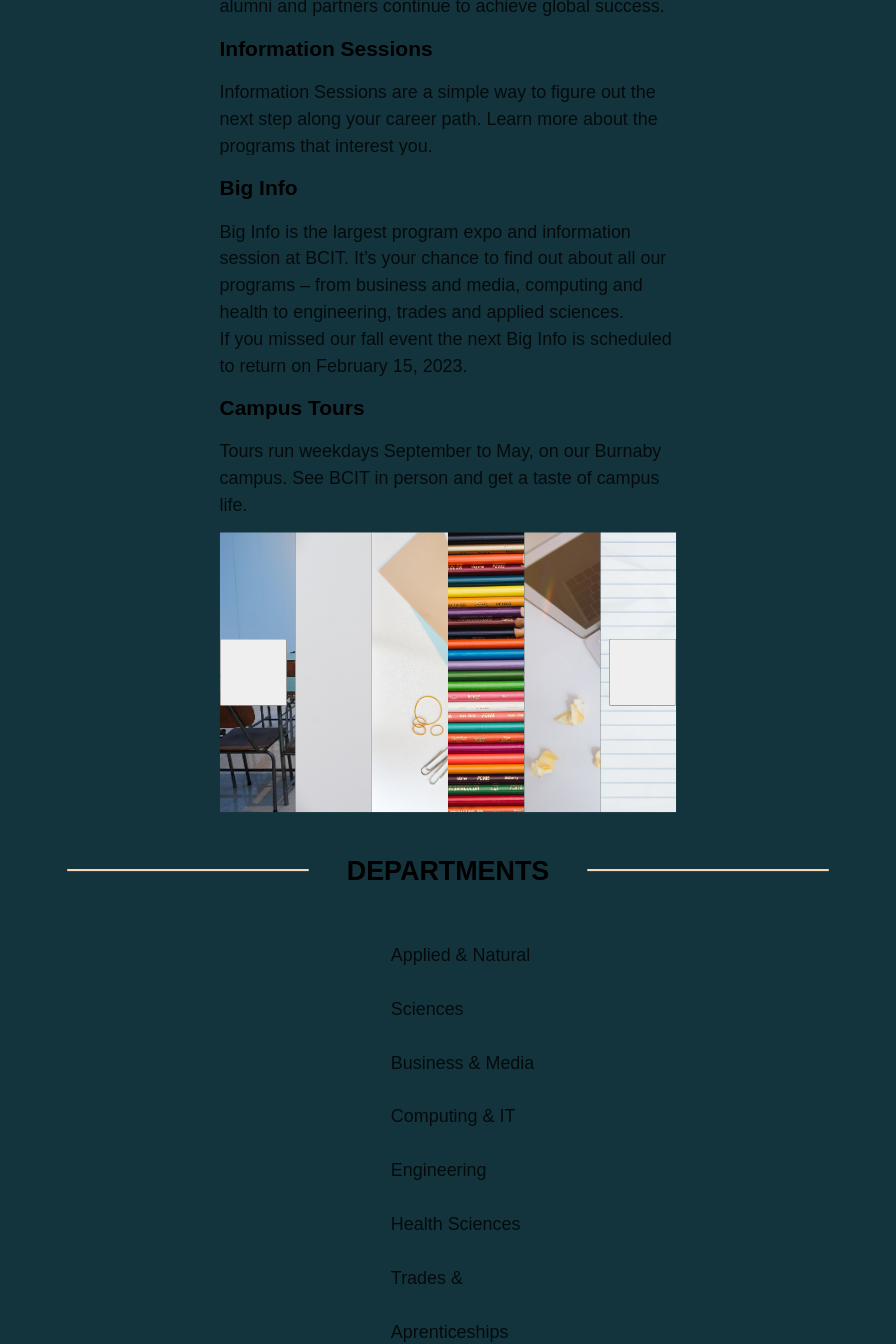
Repository: Kinakopan/playwright_bcit
Page: /about
These files come from the project's save history. The page is drawn as it stood at one moment and after the next save; the edit follows.
The browser window is 1280 px wide. The pictures show the part of the page from y = 688 to 2608 px (the page is 2725 px tall), at 70% of full size.
Some web fonts or font styles are not loaded; a fallback is used. The project was rebuilt for these pictures with package versions that can differ from the ones it lists, and the page was loaded fresh each time. The framework's server and built-in components were replaced by stand-ins that run in the browser. Also part of the build but not shown: next.config.js.

Above is the page before, as saved 2023-01-28 13:02:44.

### pages/_app.js
// import '@/styles/globals.css'
import '../styles/globals.css'
import '../styles/variables.css'
import Head from 'next/head'

export default function App({ Component, pageProps }) {
  return (
    <>
      <Head>
        <title>Example #1</title>
        <meta name="description" content="Generated by create next app" />
        <meta name="viewport" content="width=device-width, initial-scale=1" />
        <link href="https://fonts.googleapis.com/css2?family=Myriad+Pro:wght@100;400;700&display=swap" rel="stylesheet" />
        <link rel="icon" href="/favicon.ico" />
      </Head>
      <Component {...pageProps} />
    </>
  )
}

### styles/variables.css
:root {
  --primary-color: |#fff;
  --secondary-color: #F4D6B9;
  --ternary-color: #7796A4;
  --quaternary-color: #14343D;
  --quinary-color: rgba(16,46,53,0.5);
}

### styles/Home.module.css
@import '/styles/variables.css';

.main {
  display: flex;
  flex-direction: column;
  justify-content: space-between;
  align-items: center;
  padding: 6rem;
  min-height: 100vh;
}

.description {
  display: inherit;
  justify-content: inherit;
  align-items: inherit;
  font-size: 0.85rem;
  max-width: var(--max-width);
  width: 100%;
  z-index: 2;
  font-family: var(--font-mono);
}

.description a {
  display: flex;
  justify-content: center;
  align-items: center;
  gap: 0.5rem;
}

.description p {
  position: relative;
  margin: 0;
  padding: 1rem;
  background-color: rgba(var(--callout-rgb), 0.5);
  border: 1px solid rgba(var(--callout-border-rgb), 0.3);
  border-radius: var(--border-radius);
}

.code {
  font-weight: 700;
  font-family: var(--font-mono);
}

.grid {
  display: grid;
  grid-template-columns: repeat(4, minmax(25%, auto));
  width: var(--max-width);
  max-width: 100%;
}

.card {
  padding: 1rem 1.2rem;
  border-radius: var(--border-radius);
  background: rgba(var(--card-rgb), 0);
  border: 1px solid rgba(var(--card-border-rgb), 0);
  transition: background 200ms, border 200ms;
}

.card span {
  display: inline-block;
  transition: transform 200ms;
}

.card h2 {
  font-weight: 600;
  margin-bottom: 0.7rem;
}

.card p {
  margin: 0;
  opacity: 0.6;
  font-size: 0.9rem;
  line-height: 1.5;
  max-width: 30ch;
}

.center {
  display: flex;
  justify-content: center;
  align-items: center;
  position: relative;
  padding: 4rem 0;
}

.center::before {
  background: var(--secondary-glow);
  border-radius: 50%;
  width: 480px;
  height: 360px;
  margin-left: -400px;
}

.center::after {
  background: var(--primary-glow);
  width: 240px;
  height: 180px;
  z-index: -1;
}

.center::before,
.center::after {
  content: '';
  left: 50%;
  position: absolute;
  filter: blur(45px);
  transform: translateZ(0);
}

.logo,
.thirteen {
  position: relative;
}

.thirteen {
  display: flex;
  justify-content: center;
  align-items: center;
  width: 75px;
  height: 75px;
  padding: 25px 10px;
  margin-left: 16px;
  transform: translateZ(0);
  border-radius: var(--border-radius);
  overflow: hidden;
  box-shadow: 0px 2px 8px -1px #0000001a;
}

.thirteen::before,
.thirteen::after {
  content: '';
  position: absolute;
  z-index: -1;
}

/* Conic Gradient Animation */
.thirteen::before {
  animation: 6s rotate linear infinite;
  width: 200%;
  height: 200%;
  background: var(--tile-border);
}

/* Inner Square */
.thirteen::after {
  inset: 0;
  padding: 1px;
  border-radius: var(--border-radius);
  background: linear-gradient(
    to bottom right,
    rgba(var(--tile-start-rgb), 1),
    rgba(var(--tile-end-rgb), 1)
  );
  background-clip: content-box;
}

/* Enable hover only on non-touch devices */
@media (hover: hover) and (pointer: fine) {
  .card:hover {
    background: rgba(var(--card-rgb), 0.1);
    border: 1px solid rgba(var(--card-border-rgb), 0.15);
  }

  .card:hover span {
    transform: translateX(4px);
  }
}

@media (prefers-reduced-motion) {
  .thirteen::before {
    animation: none;
  }

  .card:hover span {
    transform: none;
  }
}

/* Mobile */
@media (max-width: 700px) {
  .content {
    padding: 4rem;
  }

  .grid {
    grid-template-columns: 1fr;
    margin-bottom: 120px;
    max-width: 320px;
    text-align: center;
  }

  .card {
    padding: 1rem 2.5rem;
  }

  .card h2 {
    margin-bottom: 0.5rem;
  }

  .center {
    padding: 8rem 0 6rem;
  }

  .center::before {
    transform: none;
    height: 300px;
  }

  .description {
    font-size: 0.8rem;
  }

  .description a {
    padding: 1rem;
  }

  .description p,
  .description div {
    display: flex;
    justify-content: center;
    position: fixed;
    width: 100%;
  }

  .description p {
    align-items: center;
    inset: 0 0 auto;
    padding: 2rem 1rem 1.4rem;
    border-radius: 0;
    border: none;
    border-bottom: 1px solid rgba(var(--callout-border-rgb), 0.25);
    background: linear-gradient(
      to bottom,
      rgba(var(--background-start-rgb), 1),
      rgba(var(--callout-rgb), 0.5)
    );
    background-clip: padding-box;
    backdrop-filter: blur(24px);
  }

  .description div {
    align-items: flex-end;
    pointer-events: none;
    inset: auto 0 0;
    padding: 2rem;
    height: 200px;
    background: linear-gradient(
      to bottom,
      transparent 0%,
      rgb(var(--background-end-rgb)) 40%
    );
    z-index: 1;
  }
}

/* Tablet and Smaller Desktop */
@media (min-width: 701px) and (max-width: 1120px) {
  .grid {
    grid-template-columns: repeat(2, 50%);
  }
}

@media (prefers-color-scheme: dark) {
  .vercelLogo {
    filter: invert(1);
  }

  .logo,
  .thirteen img {
    filter: invert(1) drop-shadow(0 0 0.3rem #ffffff70);
  }
}

@keyframes rotate {
  from {
    transform: rotate(360deg);
  }
  to {
    transform: rotate(0deg);
  }
}



/*****************************
******************************
            AUTHOR
******************************
*****************************/

/*============================
    From here - Common Style
============================*/
/* From here - components/navbar.js */
.nav {
  display: flex;
  flex-direction: row;
  justify-content: space-between;
  width: 100%;
  padding: 3% 8% 0 8%;
}

.burgar,
.hat {
  width: fit-content;
}

/* From here - components/arrow.js */
.arrowBox {
  flex: 1;
  display: flex;
  flex-direction: column;
  justify-content: space-between;
  align-items: flex-end;
  position: fixed;
  width: fit-content;
  height: 12%;
  right: 8%;
  bottom: 10%;
}

.arrowBox * {
  background: transparent;
  border: none;
}

/* From here - general */
.body_home,
.body_about,
.body_contact,
.wrapper {
  display: flex;
  flex-direction: column;
  width: 100vw;
}

.body_home,
.body_about,
.body_contact {
  /* font-size: 62.5%; */
  background-size: cover;
  background-position: center;
  background-repeat: no-repeat;
  line-height: 1.5;
  font-family: 'Myriad Pro', sans-serif;
  font-weight: 100;
  text-align: left;
}

.wrapper {
  font-size: 1.6rem;
  background-size: cover;
}

.main {
  display: flex;
  width: 100%;
}

/* .text_heading_h1 {

}

.text_heading_h2 {

} */
/*============================
    From here - Home Page
============================*/
.body_home {
  height: 100vh;
  overflow: hidden;
}

.body_home .main {
  flex-direction: row;
  justify-content: flex-start;
  align-items: flex-end;
  padding: 0 0 12% 21%;
}

.body_home .cont_main {
  display: flex;
  flex-direction: column;
  width: 48%;
}

.body_home .cont_main * {
  color: var(--primary-color);
}

.body_home .text_heading1 {
  font-family: 'Myriad Pro', sans-serif;
  /* font-size: 3.6rem; */
  font-size: 220%;
  line-height: 1.3;
  padding-bottom: 3%;
  margin-bottom: 3%;
  border-bottom: 4px solid;
  border-image: linear-gradient(to right, rgba(244,214,185,1) 0%, rgba(244,214,185,1) 69%, rgba(244,214,185,0) 69%, rgba(244,214,185,0) 100%) 1;
}

.body_home .text_body,
.body_home .box_btn * {
  opacity: .9;
}

.body_home .box_btn {
  display: flex;
  flex-direction: row;
}

.body_home .box_btn * {
  font-size: 1.4rem;
  background: transparent;
  padding: .3% 3%;
  border: 3px solid;
  border-color: var(--primary-color);
  border-radius: 10px;
  margin: 3% 2.5% 0 0;
}

.body_home .btn_about:hover {
  color: transparent;
  background: white;
}

/*============================
    From here - About Page
============================*/
.body_about {
  background: var(--quaternary-color);
}

/* .body_about .main {

} */

.body_about .text_heading1 {
  display: flex;
  align-items: center;
  width: 100%;
  padding: 5% 0;
}

.body_about .text_heading1:before,
.body_about .text_heading1:after {
  content: "";
  height: 3px;
  flex-grow: 1;
  background: var(--secondary-color);
}

.body_about .text_heading1:before {
  margin-right: 5%;
}

.body_about .text_heading1:after {
  margin-left: 5%;
}

.body_about .cont_section1,
.body_about .cont_section2 {
  display: flex;
  flex-direction: column;
  justify-content: flex-start;
  width: 60%;
}
.body_about .cont_section2 {
  width: 25%;
  padding-left: 5%;
}

.body_about .text_heading2,
.body_about .text_body {
  margin-bottom: 3%;
}

.body_about .text_heading2 {
  justify-content: flex-start;
}

.body_about .text_body,
.body_about .box_list *  {
  opacity: .8;
}

.body_about .box_list * {
  list-style: none;
  line-height: 3;
}

/* Carousel */
.image_carousel {
  display: flex;
  flex-wrap: nowrap;
  justify-content: flex-start;
  width: 100%;
  height: 400px;
  overflow: hidden;
  position: relative;
}

.image_carousel .slide {
  display: none;
  min-width: 100%;
}

.image_carousel .active {
  display: flex;
  flex-shrink: 0;
  width: 100%;
  height: 100%;
  background-size: cover;
  background-position: center;
  /* transition: transform 0.5s ease-in-out; */
}

/* "Previous" and "Next" buttons */
.prevBtn, .nextBtn {
  position: absolute;
  top: 50%;
  transform: translateY(-50%);
  font-size: 2rem;
  cursor: pointer;
  width: 6rem;
  height: 6rem;
}

.prevBtn {
  left: 0;
}

.nextBtn {
  right: 0;
}


/* Carousel */
/* @keyframes tonext {
  75% {
    left: 0;
  }
  95% {
    left: 100%;
  }
  98% {
    left: 100%;
  }
  99% {
    left: 0;
  }
}

@keyframes tostart {
  75% {
    left: 0;
  }
  95% {
    left: -300%;
  }
  98% {
    left: -300%;
  }
  99% {
    left: 0;
  }
}

@keyframes snap {
  96% {
    scroll-snap-align: center;
  }
  97% {
    scroll-snap-align: none;
  }
  99% {
    scroll-snap-align: none;
  }
  100% {
    scroll-snap-align: center;
  }
}

.main {
  max-width: 37.5rem;
  margin: 0 auto;
  padding: 0 1.25rem;
  font-family: 'Lato', sans-serif;
}

.main * {
  box-sizing: border-box;
  scrollbar-color: transparent transparent;
  scrollbar-width: 0px;
}

.main *::-webkit-scrollbar {
  width: 0;
}

.main *::-webkit-scrollbar-track {
  background: transparent;
}

.main *::-webkit-scrollbar-thumb {
  background: transparent;
  border: none;
}

.main * {
  -ms-overflow-style: none;
}


.carousel__viewport,
.carousel__navigation_list,
.carousel__slide,
.carousel__navigation_item {
  list-style: none;
  margin: 0;
  padding: 0;
}

.carousel {
  position: relative;
  padding-top: 75%;
  filter: drop-shadow(0 0 10px #0003);
  perspective: 100px;
}

.carousel__viewport {
  position: absolute;
  top: 0;
  right: 0;
  bottom: 0;
  left: 0;
  display: flex;
  overflow-x: scroll;
  counter-reset: item;
  scroll-behavior: smooth;
  scroll-snap-type: x mandatory;
}

.carousel__slide {
  position: relative;
  flex: 0 0 100%;
  width: 100%;
  background-color: #f99;
  counter-increment: item;
}

.carousel__slide:nth-child(even) {
  background-color: #99f;
}

.carousel__slide:before {
  content: counter(item);
  position: absolute;
  top: 50%;
  left: 50%;
  transform: translate3d(-50%,-40%,70px);
  color: #fff;
  font-size: 2em;
}

.carousel__snapper {
  position: absolute;
  top: 0;
  left: 0;
  width: 100%;
  height: 100%;
  scroll-snap-align: center;
}

@media (hover: hover) {
  .carousel__snapper {
    animation-name: tonext, snap;
    animation-timing-function: ease;
    animation-duration: 4s;
    animation-iteration-count: infinite;
  }

  .carousel__slide:last-child .carousel__snapper {
    animation-name: tostart, snap;
  }
}

@media (prefers-reduced-motion: reduce) {
  .carousel__snapper {
    animation-name: none;
  }
}

.carousel:hover .carousel__snapper,
.carousel:focus-within .carousel__snapper {
  animation-name: none;
}

.carousel__navigation {
  position: absolute;
  right: 0;
  bottom: 0;
  left: 0;
  text-align: center;
}

.carousel__navigation_list,
.carousel__navigation_item {
  display: inline-block;
}

.carousel__navigation-button {
  display: inline-block;
  width: 1.5rem;
  height: 1.5rem;
  background-color: #333;
  background-clip: content-box;
  border: 0.25rem solid transparent;
  border-radius: 50%;
  font-size: 0;
  transition: transform 0.1s;
}

.carousel::before,
.carousel::after,
.carousel__prev,
.carousel__next {
  position: absolute;
  top: 0;
  margin-top: 37.5%;
  width: 4rem;
  height: 4rem;
  transform: translateY(-50%);
  border-radius: 50%;
  font-size: 0;
  outline: 0;
}

.carousel::before,
.carousel__prev {
  left: -1rem;
}

.carousel::after,
.carousel__next {
  right: -1rem;
}

.carousel::before,
.carousel::after {
  content: '';
  z-index: 1;
  background-color: #333;
  background-size: 1.5rem 1.5rem;
  background-repeat: no-repeat;
  background-position: center center;
  color: #fff;
  font-size: 2.5rem;
  line-height: 4rem;
  text-align: center;
  pointer-events: none;
}

.carousel::before {
  background-image: url("data:[embedded picture, 149 characters]");
}

.carousel::after {
  background-image: url("data:[embedded picture, 151 characters]");
} */


/*============================
    From here - Contact Page
============================*/

### components/arrow.js
import Image from 'next/image';
import styles from '@/styles/Home.module.css';

export default function Arrow() {
  return (
    <div className={styles.arrowBox}>
      <button
        className={styles.arrowDown}
        onClick={() => setUpArrowClicked(true)}
      >
        <Image
          src='/icons/upwardArrow.png'
          alt="Upward arrow icon"
          width={50}
          height={50}
        />
      </button>

      <button
        className={styles.arrowDown}
        onClick={() => setDownArrowClicked(true)}
      >
        <Image
          src='/icons/downwardArrow.png'
          alt="Downward arrow icon"
          width={50}
          height={50}
        />
      </button>
    </div>
  )
}

### components/navbar.js
import Image from 'next/image';
import styles from '@/styles/Home.module.css';

export default function Navbar() {
  return (
    <nav className={styles.nav}>
      <Image
        className={styles.burgar}
        src='/icons/menu-icon.png'
        alt="menu icon"
        width={50}
        height={50}
      />
      <Image
        className={styles.hat}
        src='/icons/graduation-hat.png'
        alt="Graduation hat icon"
        width={50}
        height={50}
      />
    </nav>
  )
}

### components/carousel.js
import React, { useState } from 'react'
import styles from "@/styles/Home.module.css";

const MyCarousel = () => {
  const [currentSlide, setCurrentSlide] = useState(0)
  const images = [
      '/carousel-images/0.jpg',
      '/carousel-images/1.jpg',
      '/carousel-images/2.jpg',
      '/carousel-images/3.jpg',
      '/carousel-images/4.jpg',
      '/carousel-images/5.jpg'
  ]

  return (
      <div className={styles.image_carousel}>
        {images.map((image, index) => (
          <div
            key={index}
            className={`slide ${currentSlide === index ? 'active' : ''}`}
            style={{
              backgroundImage: `url(${image})`,
              backgroundSize: "cover",
              width: "100%",
            }}
          />
        ))}
        <button
          className={styles.prevBtn}
          onClick={() => setCurrentSlide(currentSlide - 1)}>
            <i className={[styles.fas, styles.fa_chevron_right]}></i>
        </button>
        <button
          className={styles.nextBtn}
          onClick={() => setCurrentSlide(currentSlide + 1)}>
            <i className={[styles.fas, styles.fa_chevron_right]}></i>
        </button>
      </div>
  )
}

export default MyCarousel

Loaded but not shown: pages/_document.js (common file); styles/globals.css (common file); pages/about.js (188 lines, source omitted)

After the next save:
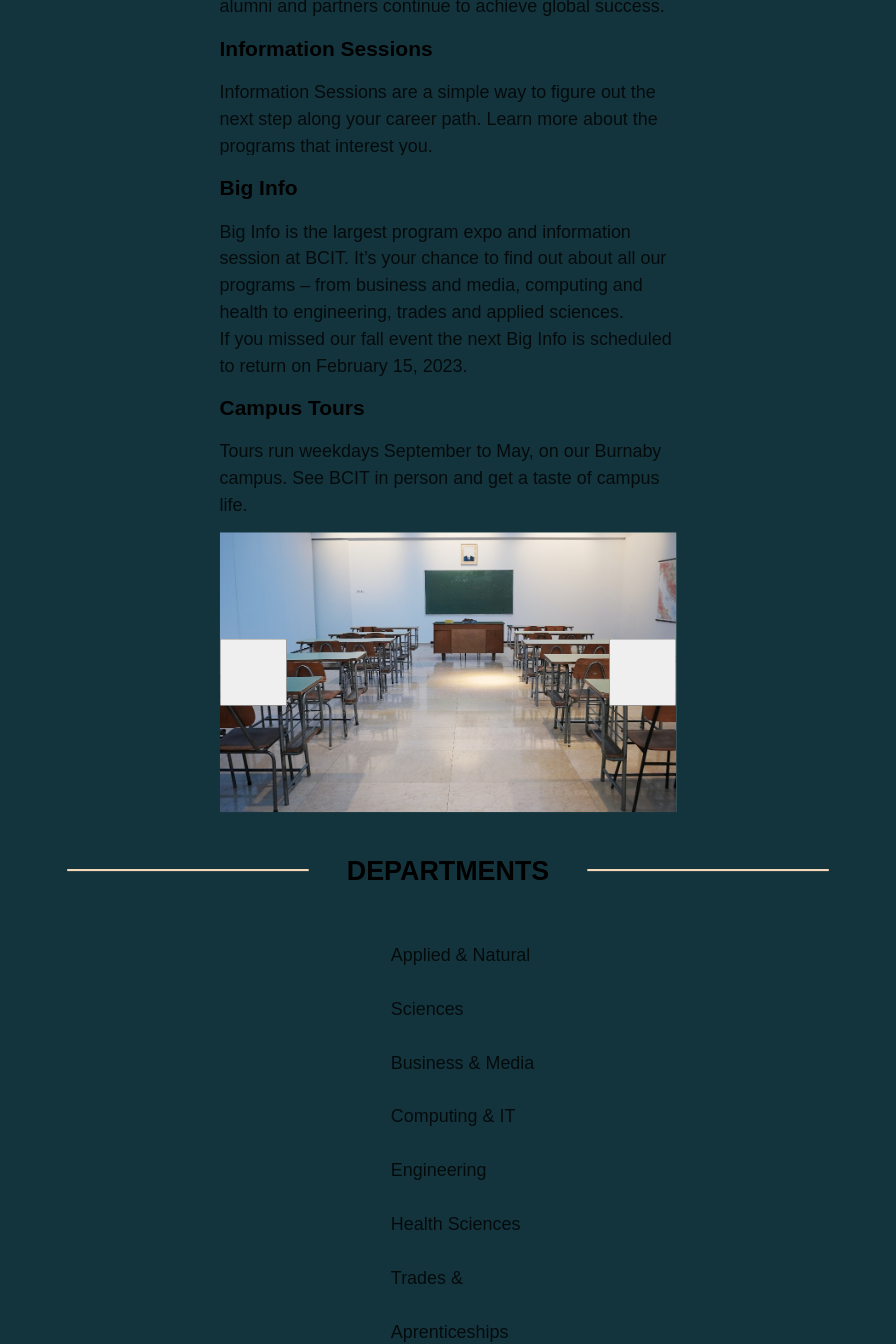
Saved 23 s later.
--- a/components/carousel.js
+++ b/components/carousel.js
@@ -21,6 +21,7 @@
             style={{
               backgroundImage: `url(${image})`,
               backgroundSize: "cover",
+              minWidth: "100%",
               width: "100%",
             }}
           />
